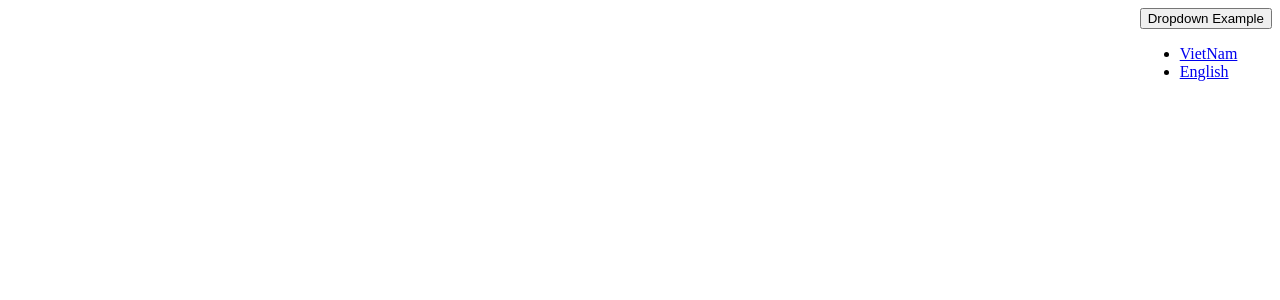
Repository: Trongphamsr/eclip-crud-ss-date-jsp
Page: http://localhost/chenLoginGoogleFacebookComment/
The author's editor kept a copy of each file at every save. The page is drawn from the files as they stood at one save, then again after the next save.
The browser window is 1280 px wide. The pictures show the whole page.
The page is served by Tomcat 9.

Above is the page before, as saved 2018-06-15 00:51:55.

### eclip_22_6_2018/chenLoginGoogleFacebookComment/WebContent/index.jsp
<%@ page language="java" contentType="text/html; charset=ISO-8859-1"
    pageEncoding="ISO-8859-1"%>
<!DOCTYPE html PUBLIC "-//W3C//DTD HTML 4.01 Transitional//EN" "http://www.w3.org/TR/html4/loose.dtd">
<html>
<head>
<meta http-equiv="Content-Type" content="text/html; charset=ISO-8859-1">
<title>Insert title here</title>
</head>
<body>

<div class="container">
 <div class="row" style="float: right;">
	<div class="dropdown">
	    <button class="btn btn-primary dropdown-toggle" type="button" data-toggle="dropdown">Dropdown Example
	    <span class="caret"></span></button>
	    <ul class="dropdown-menu">
	      <li><a href="Dangonngu?lang=Vietnamese">VietNam</a></li>
	      <li><a href="Dangonngu?lang=English">English</a></li>
	    </ul>
	  </div>
	</div>
 </div>


</body>
</html>

After the next save:
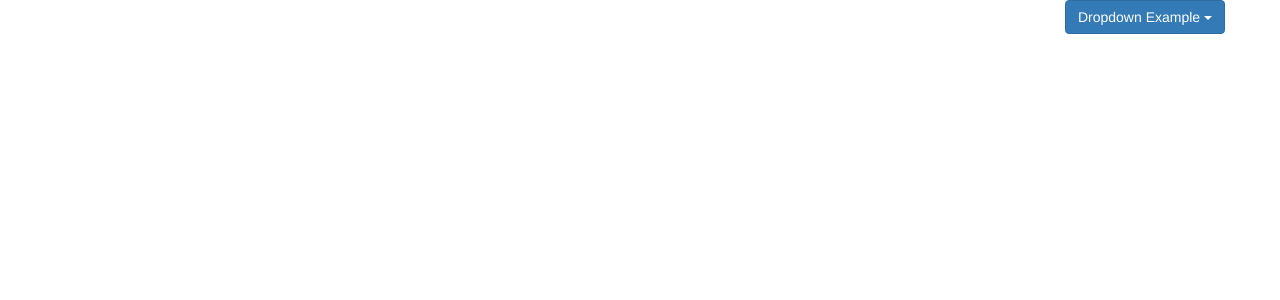
Saved 2 min 12 s later.
--- a/eclip_22_6_2018/chenLoginGoogleFacebookComment/WebContent/index.jsp
+++ b/eclip_22_6_2018/chenLoginGoogleFacebookComment/WebContent/index.jsp
@@ -5,6 +5,12 @@
 <head>
 <meta http-equiv="Content-Type" content="text/html; charset=ISO-8859-1">
 <title>Insert title here</title>
+
+<meta name="viewport" content="width=device-width, initial-scale=1">
+  <link rel="stylesheet" href="https://maxcdn.bootstrapcdn.com/bootstrap/3.3.7/css/bootstrap.min.css">
+  <script src="https://ajax.googleapis.com/ajax/libs/jquery/3.3.1/jquery.min.js"></script>
+  <script src="https://maxcdn.bootstrapcdn.com/bootstrap/3.3.7/js/bootstrap.min.js"></script>
+
 </head>
 <body>
 
